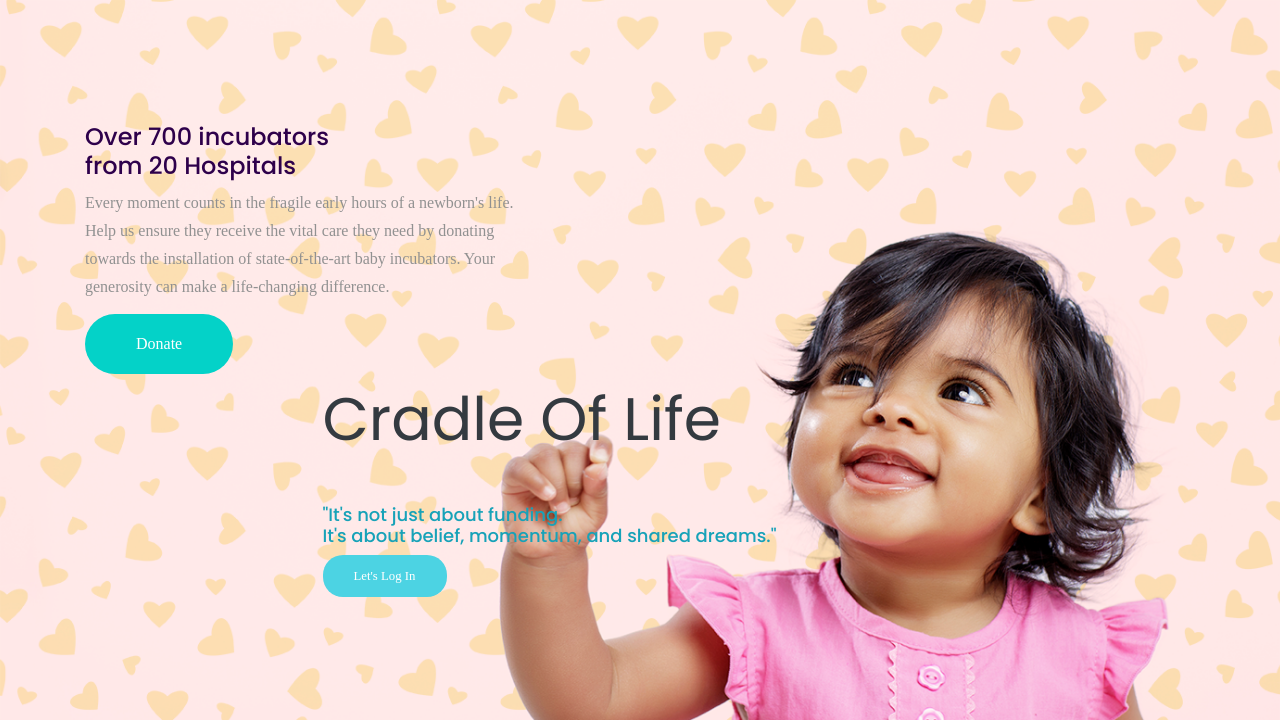
Repository: Adu065/Cradle-of-Life
Page: http://localhost/CradleOfLife/pages/login.jsp
The author's editor kept a copy of each file at every save. The page is drawn from the files as they stood at one save, then again after the next save.
The browser window is 1280 px wide. The pictures show the whole page.
Some web fonts or font styles are not loaded; a fallback is used. The page is served by Tomcat 9.

Above is the page before, as saved 2023-08-24 13:55:48.

After the next save:
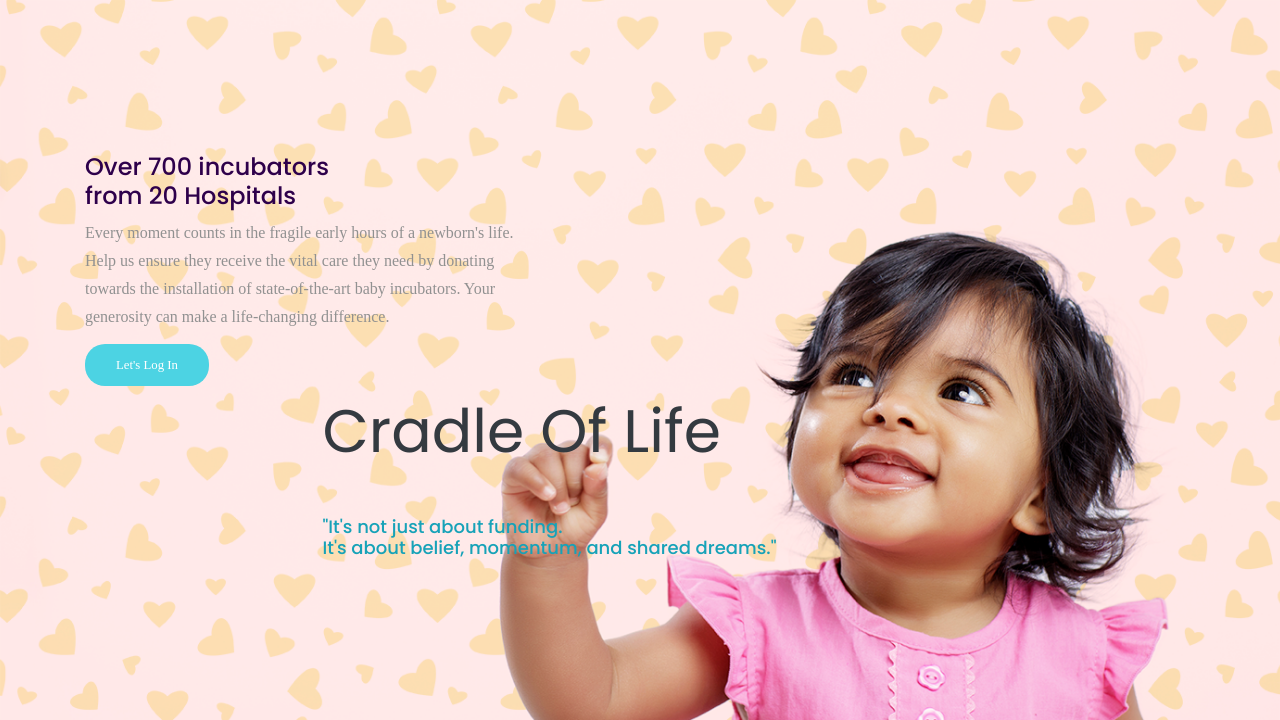
Saved 28 s later.
--- a/CradleOfLife/WebContent/pages/login.jsp
+++ b/CradleOfLife/WebContent/pages/login.jsp
@@ -47,8 +47,9 @@
 								need by donating towards the installation of state-of-the-art
 								baby incubators. Your generosity can make a life-changing
 								difference.</p>
-							<a href="<%=request.getContextPath()%>/pages/donation.jsp"
-								class="boxed_btn">Donate</a>
+								<a href="#form_login"
+								class="login popup-with-form genric-btn success circle ">Let's
+								Log In</a>
 						</div>
 					</div>
 				</div>
@@ -62,9 +63,7 @@
 								shared dreams."
 							</h4>
 
-							<a href="#form_login"
-								class="login popup-with-form genric-btn success circle ">Let's
-								Log In</a>
+
 
 						</div>
 					</div>
